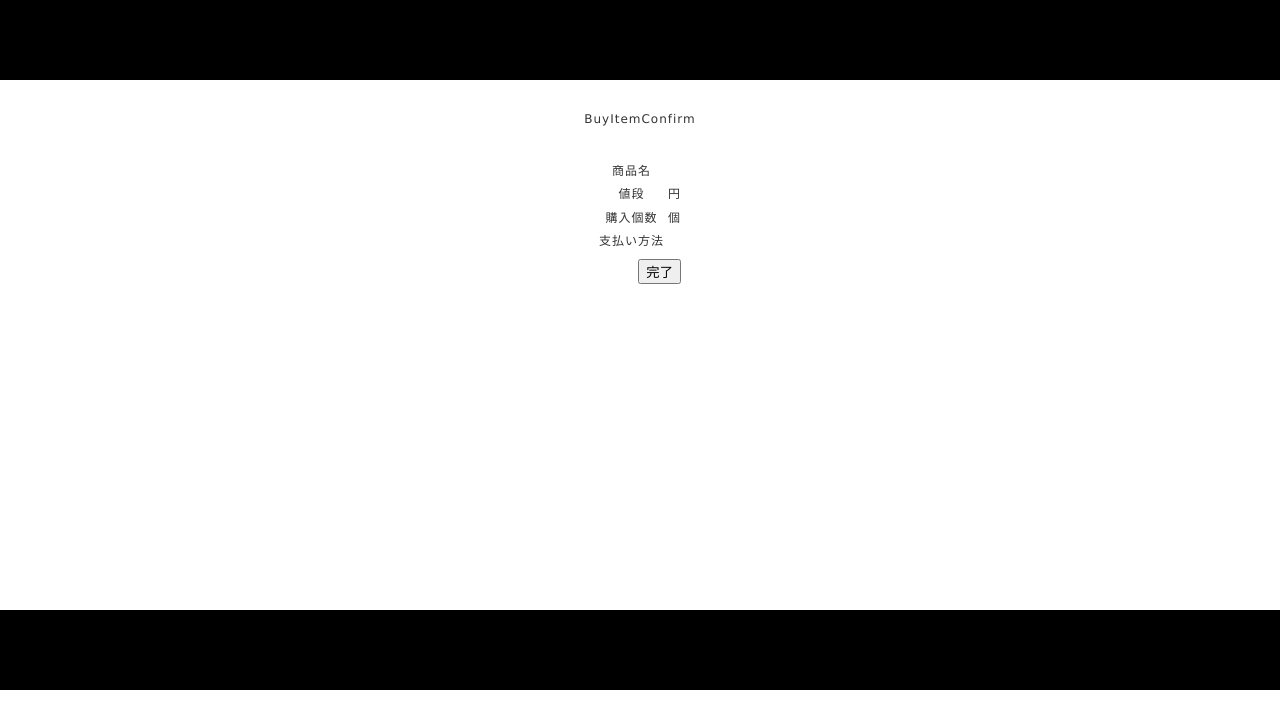
Repository: naoshima1109/test
Page: http://localhost/template/buyItemConfirm.jsp
An editor plug-in stored every save of this project. The page is shown before and after the next save, followed by the edit.
The browser window is 1280 px wide. The pictures show the whole page.
The page is served by Tomcat 9. Other server files are loaded and not shown.

Above is the page before, as saved 2019-05-24 04:21:27.

### template/WebContent/buyItemConfirm.jsp
<%@ page language="java" contentType="text/html; charset=UTF-8"
    pageEncoding="UTF-8"%>
<%@ taglib prefix="s" uri="/struts-tags" %>
<!DOCTYPE html>
<html>
<head>
	<meta http-equiv="Content-Type" content="text/html; charset=utf-8"/>
	<meta http-equiv="Content-Style-Type" content="text/css"/>
	<meta http-equiv="Content-Script-Type" content="text/javascript"/>
	<meta http-equiv="imagetoolbar" content="no"/>
	<meta http-equiv="description" content=""/>
	<meta http-equiv="keywords" content=""/>
<title>buyItemConfirm画面</title>


	<style type="text/css">
	/*========TAG OUT========*/
	body{
	margin:0;
	padding:0;
	line-height:1.6;
	letter-spacing:1px;
	font-family:Verdana,Helvetica,sans-serif;
	font-size:12px;
	color:#333;
	background:#fff;
	}

	table{
	text-align:center;
	margin:0 auto;
	}

	/*========ID LAYOUT========*/
	#top{
	width:780px;
	margin:30px auto;
	boeder:1px solid #333;
	}

	#header{
	width:100%;
	height:80px;
	background-color: black;
	}

	#main{
	width:100%;
	height:500px;
	text-align:center;
	}
	#footer{
	width:100%;
	height:80px;
	background-color:black;
	clear:both;
	}
</style>
</head>

<body>
	<div id="header">
		<div id="pr">
		</div>
	</div>
	<div id="main">
		<div id="top">
			<p>BuyItemConfirm</p>
		</div>
		<div>
			<s:form action="BuyItemConfirmAction">
			<table>
				<tr>
					<td>商品名</td>
					<td><s:property value="session.buyItem_name"/></td>
				</tr>
				<tr>
					<td>値段</td>
					<td>
							<s:property value="session.buyItem_price"/>
							<span>円</span>
					</td>
				</tr>
				<tr>
					<td>購入個数</td>
					<td>
						<s:property value="session.stock"/>
							<span>個</span>
					</td>
				</tr>
				<tr>
					<td>支払い方法</td>
					<td><s:property value="session.pay"/></td>
				</tr>
				<tr>
					<td><s:submit value="完了"/></td>
				</tr>
			</table>
			</s:form>
		</div>
	</div>
		<div id="footer">
			<div id="pr">
			</div>
		</div>
</body>
</html>

After the next save:
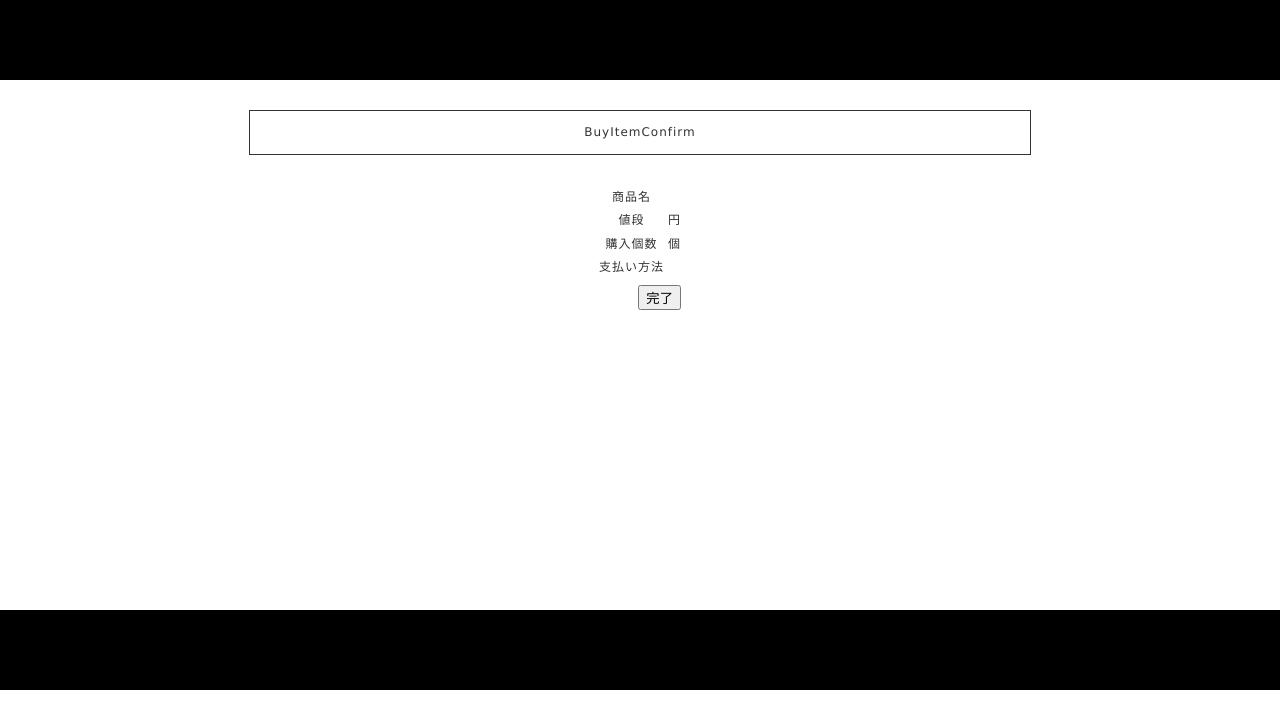
Saved 4 min 32 s later.
--- a/template/WebContent/buyItemConfirm.jsp
+++ b/template/WebContent/buyItemConfirm.jsp
@@ -35,7 +35,7 @@
 	#top{
 	width:780px;
 	margin:30px auto;
-	boeder:1px solid #333;
+	border:1px solid #333;
 	}
 
 	#header{
